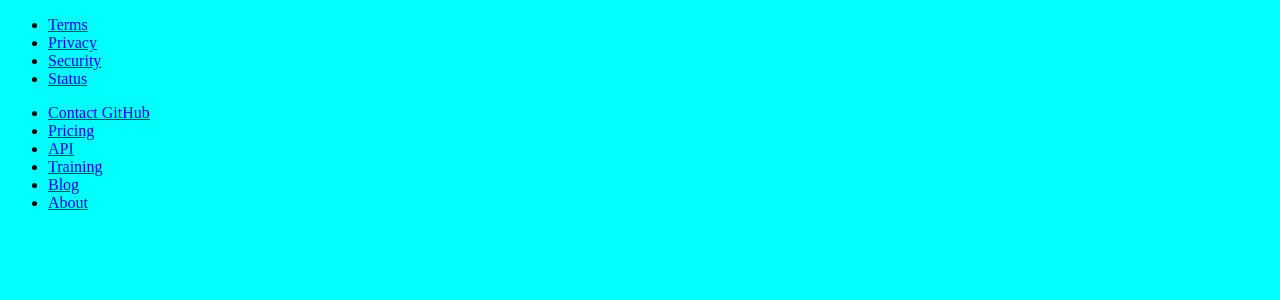
Repository: nss-evening-cohort-E23/gitsub-the-commit-commandos
Page: index.html
An editor plug-in stored every save of this project. The page is shown before and after a run of saves, followed by the edit.
The browser window is 1280 px wide. The pictures show the whole page.

Above is the page before, as saved 2023-05-08 19:51:23.

### index.html
<!DOCTYPE html>
<html lang="en">
<head>
  <meta charset="UTF-8">
  <meta http-equiv="X-UA-Compatible" content="IE=edge">
  <meta name="viewport" content="width=device-width, initial-scale=1.0">
  <title>Gitsub - Commit Commandos</title>
  <link rel="stylesheet" href="main.css">
</head>
<body>







  <footer>
    <div class="copyright">
      <p></p>
    </div>
    <div class="footerLinks">
      <ul>
        <li><a href="#">Terms</a>
        </li>
        <li><a href="#">Privacy</a>
        </li>
        <li><a href="#">Security</a>
        </li>
        <li><a href="#">Status</a>
        </li>
      </ul>

      <ul>
        <li><a href="#">Contact GitHub</a>
        </li>
        <li><a href="#">Pricing</a>
        </li>
        <li><a href="#">API</a>
        </li>
        <li><a href="#">Training</a>
        </li>
        <li><a href="#">Blog</a>
        </li>
        <li><a href="#">About</a>
        </li>
      </ul>
    </div>

  </footer>

  <script src="main.js"></script>
</body>
</html>

### main.css
body{
  background-color: aqua;
}

Loaded but not shown: main.js (empty)

After the next 2 saves:
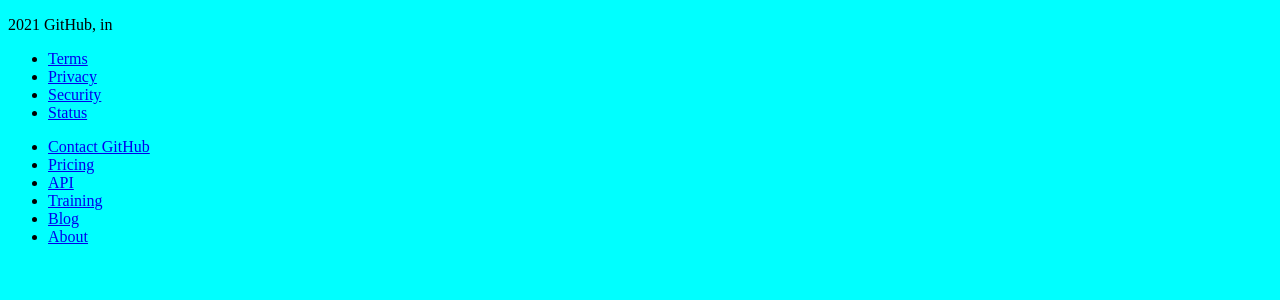
The 2 saves are shown as one change because they came seconds apart.
The last was saved 11 s later.
--- a/index.html
+++ b/index.html
@@ -17,7 +17,7 @@
 
   <footer>
     <div class="copyright">
-      <p></p>
+      <p>2021 GitHub, in</p>
     </div>
     <div class="footerLinks">
       <ul>
